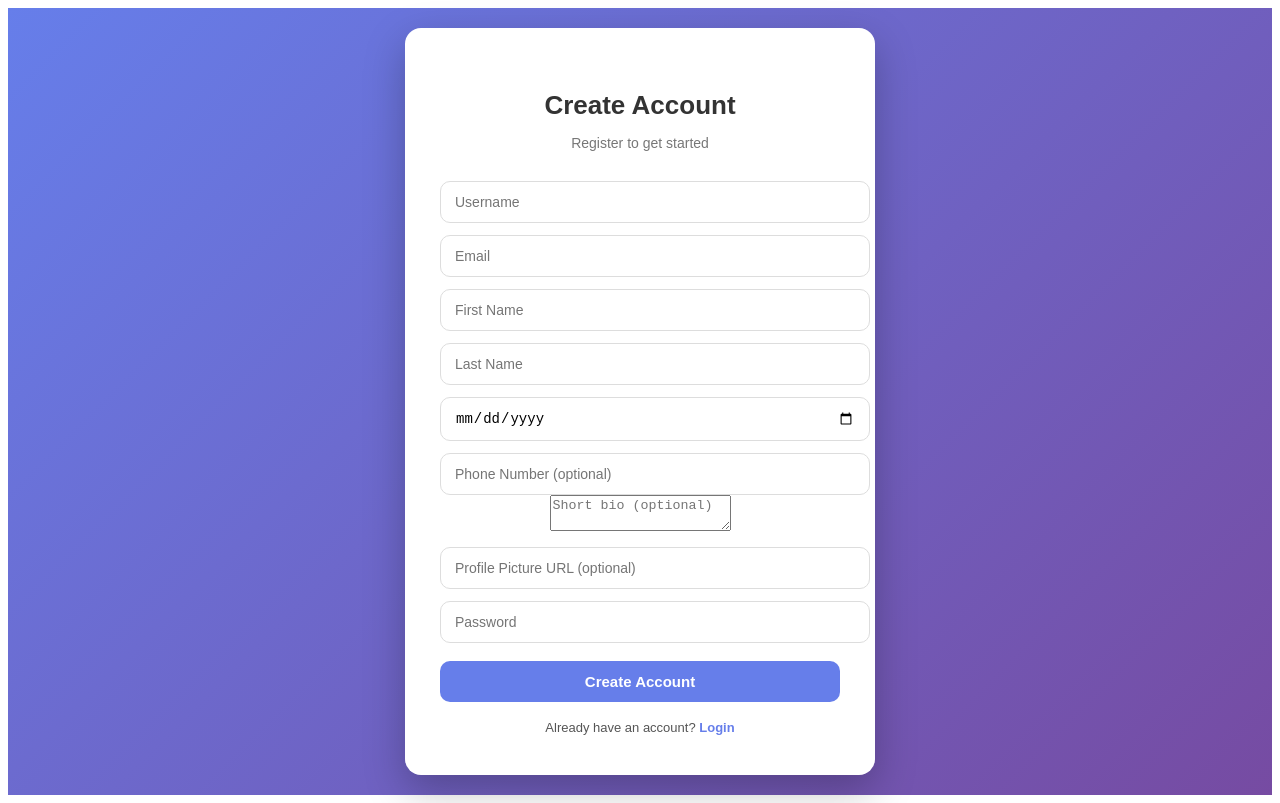
Repository: BMXracer44/CalendarConnect
Page: /register (app in frontend/)
These files come from the project's save history. The page is drawn as it stood at one moment and after the next save; the edit follows.
The browser window is 1280 px wide. The pictures show the whole page.
The project was rebuilt for these pictures with package versions that can differ from the ones it lists, and the page was loaded fresh each time. Also part of the build but not shown: frontend/src/pages/Login.jsx, frontend/src/App.css.

Above is the page before, as saved 2026-04-07 17:16:36.

### frontend/src/index.js
import React from "react";
import ReactDOM from "react-dom/client";
import { RouterProvider } from "react-router-dom";
import { router } from "./router";
import "./index.css";


ReactDOM.createRoot(document.getElementById("root")).render(
  <RouterProvider router={router} />
);

### frontend/src/router.jsx
import { createBrowserRouter } from "react-router-dom";
import App from "./App";
import Login from "./pages/Login";
import Register from "./pages/Register";
import Home from "./pages/Home";

export const router = createBrowserRouter([
  {
    path: "/",
    element: <App />,   // 👈 use App here
    children: [
      { index: true, element: <Login /> },     // "/"
      { path: "register", element: <Register /> },
      { path: "home", element: <Home /> }
    ]
  }
]);

### frontend/src/index.css
/* =========================
   GLOBAL PAGE BACKGROUND
========================= */
.login-container {
  min-height: 100vh;
  display: flex;
  justify-content: center;
  align-items: center;
  padding: 20px;
  background: linear-gradient(135deg, #667eea, #764ba2);
  font-family: Arial, sans-serif;
}

/* =========================
   AUTH CARD (LOGIN + REGISTER)
========================= */
.login-card {
  width: 100%;
  max-width: 400px;
  background: #ffffff;
  padding: 40px 35px;
  border-radius: 16px;
  box-shadow: 0 15px 40px rgba(0, 0, 0, 0.25);
  text-align: center;
  animation: fadeIn 0.4s ease-in-out;
}

/* Card animation */
@keyframes fadeIn {
  from {
    opacity: 0;
    transform: translateY(15px);
  }
  to {
    opacity: 1;
    transform: translateY(0);
  }
}

/* =========================
   HEADINGS
========================= */
.login-card h2 {
  font-size: 26px;
  margin-bottom: 8px;
  color: #333;
}

.login-card p {
  font-size: 14px;
  color: #777;
  margin-bottom: 18px;
}

/* =========================
   INPUT FIELDS
========================= */
.login-card input {
  width: 100%;
  padding: 12px 14px;
  margin-top: 12px;
  border: 1px solid #ddd;
  border-radius: 10px;
  font-size: 14px;
  outline: none;
  transition: all 0.25s ease;
}

/* Focus effect */
.login-card input:focus {
  border-color: #667eea;
  box-shadow: 0 0 8px rgba(102, 126, 234, 0.35);
}

/* =========================
   BUTTON
========================= */
.login-card button {
  width: 100%;
  padding: 12px;
  margin-top: 18px;
  background: #667eea;
  color: white;
  border: none;
  border-radius: 10px;
  font-size: 15px;
  font-weight: bold;
  cursor: pointer;
  transition: all 0.2s ease;
}

/* Hover effect */
.login-card button:hover {
  background: #5a67d8;
  transform: translateY(-2px);
}

/* =========================
   ERROR & SUCCESS MESSAGES
========================= */
.error-text {
  color: #e74c3c;
  font-size: 13px;
  margin-top: 10px;
}

.success-text {
  color: #2ecc71;
  font-size: 13px;
  margin-top: 10px;
}

/* =========================
   BOTTOM TEXT LINKS
========================= */
.bottom-text {
  margin-top: 18px;
  font-size: 13px;
  color: #555;
}

.bottom-text a {
  color: #667eea;
  font-weight: bold;
  text-decoration: none;
}

.bottom-text a:hover {
  text-decoration: underline;
}

/* =========================
   REGISTER SPACING (optional)
========================= */
.register-extra-spacing input {
  margin-top: 14px;
}

### frontend/src/App.js
import { Outlet } from "react-router-dom";

function App() {
  return (
    <div>
      <Outlet />
    </div>
  );
}

export default App;

### frontend/src/pages/Register.jsx
import React, { useState } from "react";
import { useNavigate } from "react-router-dom";

const Register = () => {
  const navigate = useNavigate();

  const [formData, setFormData] = useState({
    username: "",
    email: "",
    password: "",
    confirmPassword: "",
    first_name: "",
    last_name: "",
    birthdate: "",
    phone_number: "",
    bio: "",
    profile_picture_url: "",
    theme_preference: "light"
  });

  const [error, setError] = useState("");
  const [success, setSuccess] = useState("");

  const handleChange = (e) => {
    setFormData({
      ...formData,
      [e.target.name]: e.target.value
    });
  };

  const handleSubmit = async (e) => {
    e.preventDefault();

    if (formData.password !== formData.confirmPassword) {
      setError("Passwords do not match");
      setSuccess("");
      return;
    }

    try {
      const { confirmPassword, ...payload } = formData;

      const response = await fetch("http://localhost:8080/api/register", {
        method: "POST",
        headers: {
          "Content-Type": "application/json"
        },
        body: JSON.stringify(payload)
      });

      const data = await response.json();

      if (response.ok) {
        setSuccess("Account created successfully!");
        setError("");

        setTimeout(() => {
          navigate("/login");
        }, 1000);

        setFormData({
          username: "",
          email: "",
          password: "",
          confirmPassword: "",
          first_name: "",
          last_name: "",
          birthdate: "",
          phone_number: "",
          bio: "",
          profile_picture_url: "",
          theme_preference: "light"
        });

      } else {
        setError(data.message || "Registration failed");
        setSuccess("");
      }

    } catch (err) {
      setError("Server not reachable");
      setSuccess("");
    }
  };

  return (
    <div className="login-container">
      <div className="login-card register-card">

        <h2>Create Account</h2>
        <p>Register to get started</p>

        {error && <p className="error-text">{error}</p>}
        {success && <p className="success-text">{success}</p>}

        <form onSubmit={handleSubmit} className="register-form">

          <input
            type="text"
            name="username"
            placeholder="Username"
            value={formData.username}
            onChange={handleChange}
            required
          />

          <input
            type="email"
            name="email"
            placeholder="Email"
            value={formData.email}
            onChange={handleChange}
            required
          />

          <input
            type="text"
            name="first_name"
            placeholder="First Name"
            value={formData.first_name}
            onChange={handleChange}
            required
          />

          <input
            type="text"
            name="last_name"
            placeholder="Last Name"
            value={formData.last_name}
            onChange={handleChange}
            required
          />

          <input
            type="date"
            name="birthdate"
            value={formData.birthdate}
            onChange={handleChange}
            required
          />

          <input
            type="text"
            name="phone_number"
            placeholder="Phone Number (optional)"
            value={formData.phone_number}
            onChange={handleChange}
          />

          <textarea
            name="bio"
            placeholder="Short bio (optional)"
            value={formData.bio}
            onChange={handleChange}
          />

          <input
            type="url"
            name="profile_picture_url"
            placeholder="Profile Picture URL (optional)"
            value={formData.profile_picture_url}
            onChange={handleChange}
          />

          {/* Optional preview */}
          {formData.profile_picture_url && (
            <img
              src={formData.profile_picture_url}
              alt="Preview"
              style={{ width: "80px", height: "80px", borderRadius: "50%" }}
            />
          )}

          <input
            type="password"
            name="password"
            placeholder="Password"
            value={formData.password}
            onChange={handleChange}
            required
          />

          <button type="submit">Create Account</button>
        </form>

        <div className="bottom-text">
          Already have an account? <a href="/">Login</a>
        </div>

      </div>
    </div>
  );
};

export default Register;

Loaded but not shown: frontend/src/pages/Home.jsx (no stored copy; drawn as an empty file)

After the next save:
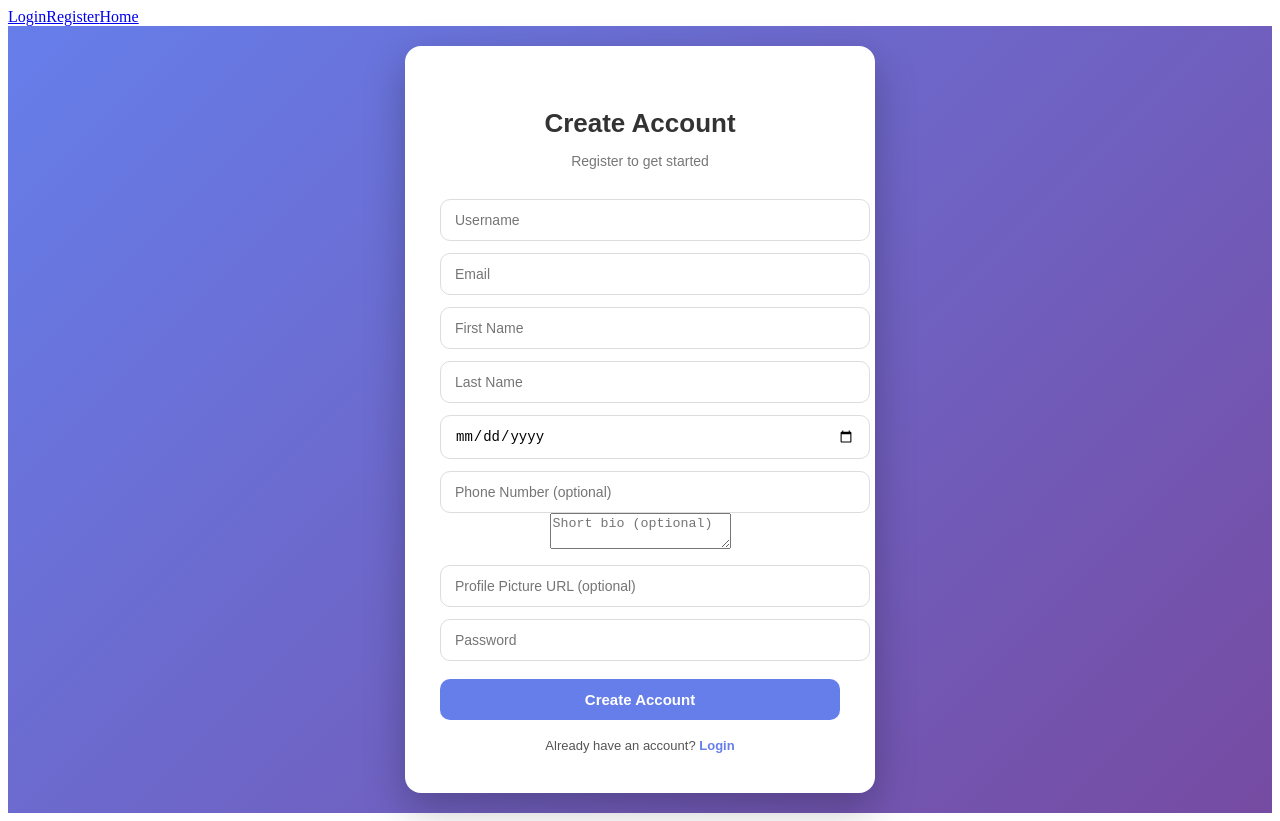
Saved 8 min 58 s later.
--- a/frontend/src/App.js
+++ b/frontend/src/App.js
@@ -1,9 +1,37 @@
-import { Outlet } from "react-router-dom";
+// App.js
+import { Outlet, NavLink } from "react-router-dom";
+import "./App.css"; // optional if you want to style with CSS
 
 function App() {
   return (
     <div>
-      <Outlet />
+      {/* Navigation Bar */}
+      <nav className="navbar">
+        <NavLink
+          to="/"
+          className={({ isActive }) => isActive ? "nav-link active" : "nav-link"}
+          end
+        >
+          Login
+        </NavLink>
+        <NavLink
+          to="/register"
+          className={({ isActive }) => isActive ? "nav-link active" : "nav-link"}
+        >
+          Register
+        </NavLink>
+        <NavLink
+          to="/home"
+          className={({ isActive }) => isActive ? "nav-link active" : "nav-link"}
+        >
+          Home
+        </NavLink>
+      </nav>
+
+      {/* Render the page content */}
+      <div className="page-content">
+        <Outlet />
+      </div>
     </div>
   );
 }
